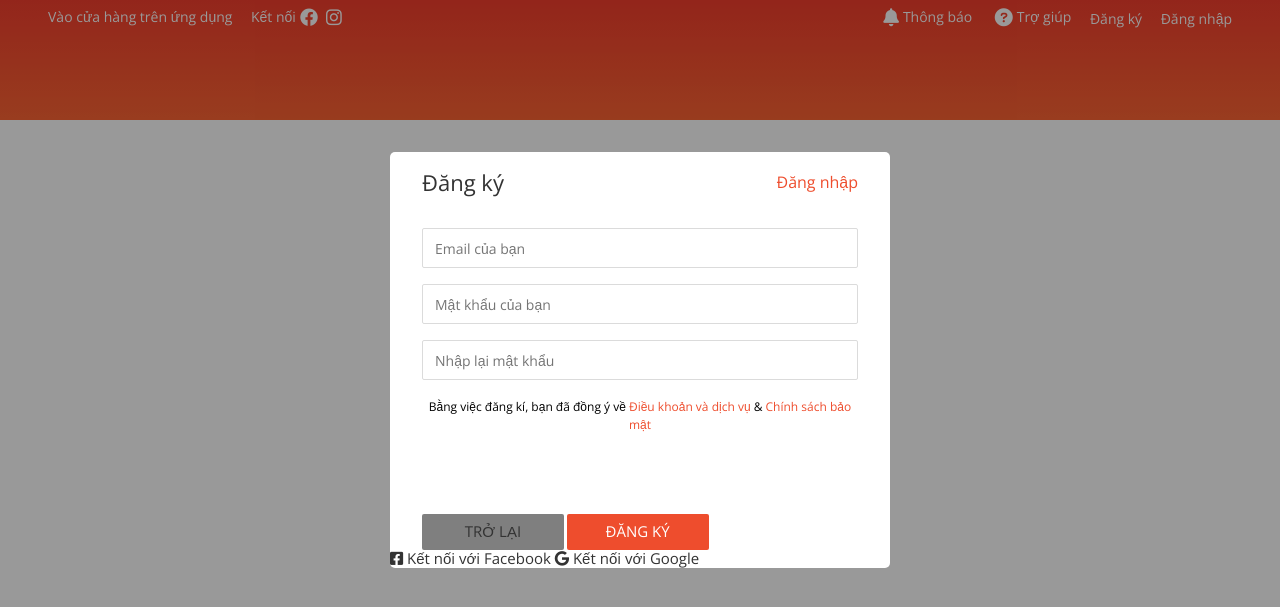
Repository: trongtamdev/Clone-Shopee-Page
Page: index.html
The author's editor kept a copy of each file at every save. The page is drawn from the files as they stood at one save, then again after the next save.
The browser window is 1280 px wide. The pictures show the whole page.
The pointer rests on the first visible `.btn`.

Above is the page before, as saved 2022-07-08 21:53:18.

After the next save:
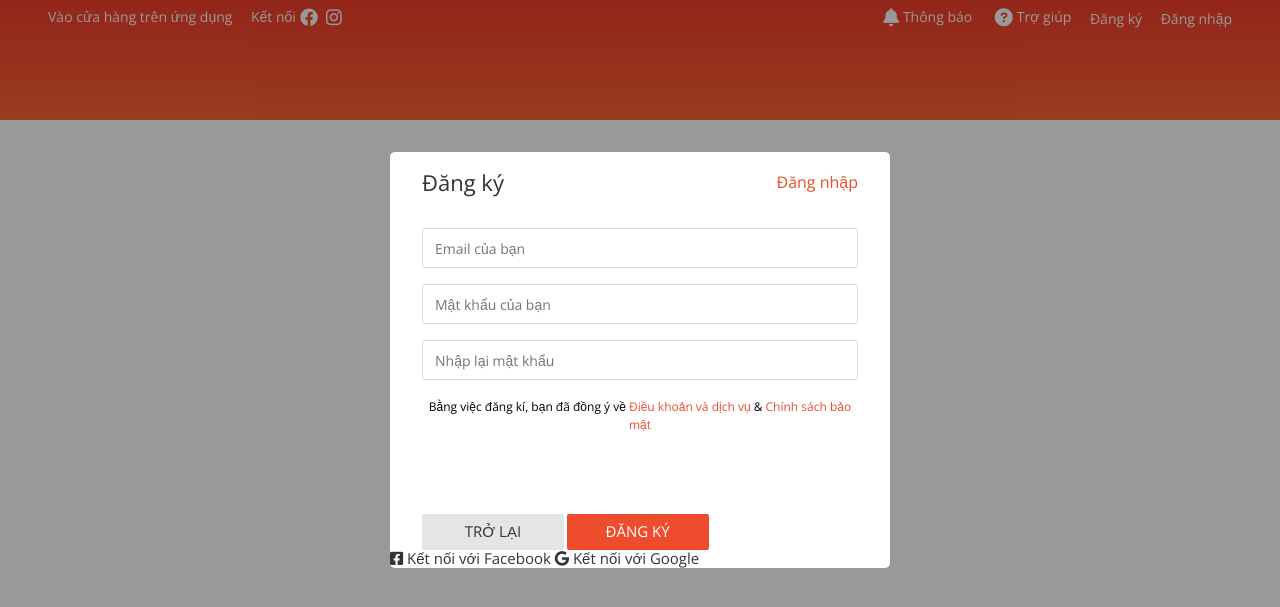
Saved 6 s later.
--- a/assets/css/base.css
+++ b/assets/css/base.css
@@ -83,7 +83,7 @@ html {
 }
 
 .btn:hover {
-    background-color: rgba(0, 0, 0, 0.5);
+    background-color: rgba(0, 0, 0, 0.1);
 }
 
 
